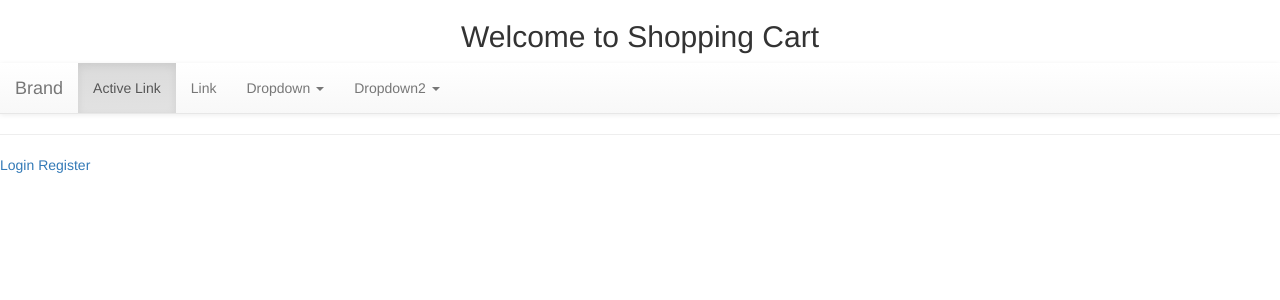
Repository: mrahulbisht/Wheelskart-Project
Page: http://localhost/WheelskartFrontEnd/Home.jsp
The author's editor kept a copy of each file at every save. The page is drawn from the files as they stood at one save, then again after the next save.
The browser window is 1280 px wide. The pictures show the whole page.
Some web libraries are served in a nearby version. The page is served by Tomcat 9.

Above is the page before, as saved 2017-04-22 07:05:11.

After the next save:
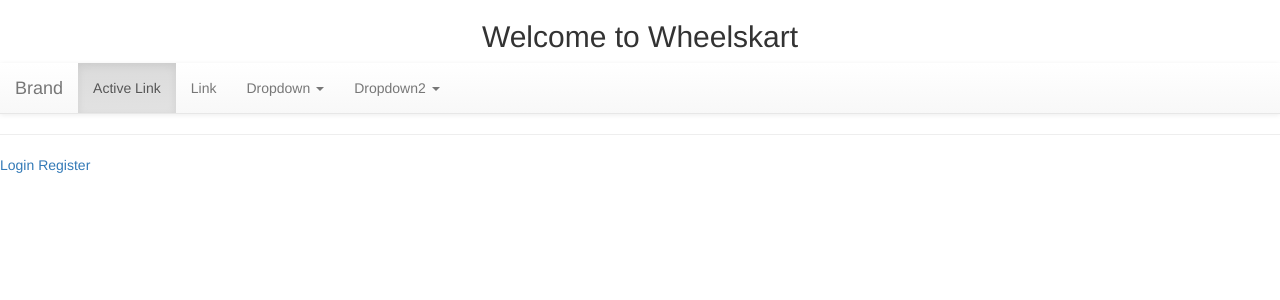
Saved 37 s later.
--- a/project/WheelskartFrontEnd/src/main/webapp/Home.jsp
+++ b/project/WheelskartFrontEnd/src/main/webapp/Home.jsp
@@ -12,7 +12,7 @@
 <body>
 
 <center>
-		<h2>Welcome to Shopping Cart</h2>
+		<h2>Welcome to Wheelskart</h2>
 </center>
 
 
